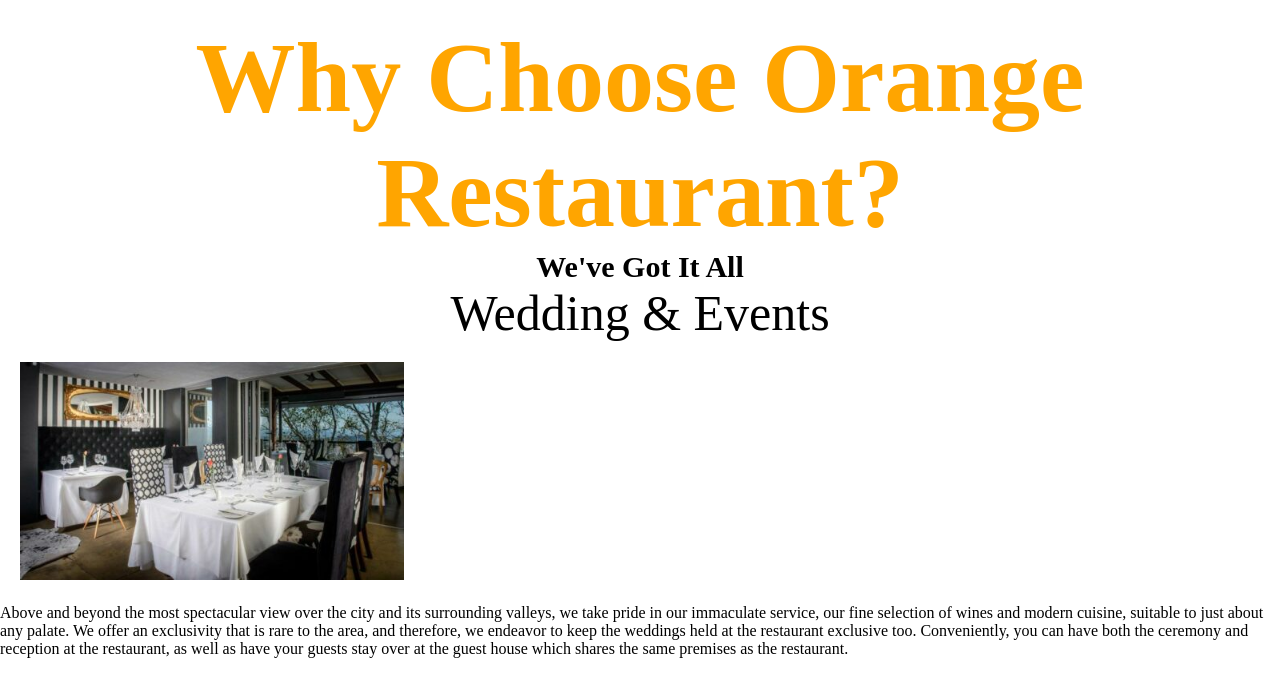
Repository: KaraboM20/KaraboUpdatedProjectOrang-Rest
Page: services.html
The author's editor kept a copy of each file at every save. The page is drawn from the files as they stood at one save, then again after the next save.
The browser window is 1280 px wide. The pictures show the whole page.

Above is the page before, as saved 2024-11-23 20:21:39.

### services.html
<!DOCTYPE html>
<html lang="en">
<head>
    <meta charset="UTF-8">
    <meta name="viewport" content="width=device-width, initial-scale=1.0">
    <link rel="stylesheet" href="./style.css">
    <title>Services Page</title>
</head>
<body>
    <div class="service-top">
        <h1 class="top-name">Why Choose Orange Restaurant?</h1>
        <h2 class="top-name2">We've Got It All</h2>
    </div>

    <div class="wedding">
        <div class="wed-heading">Wedding & Events</div>
        <div class="wed-info">
            <div class="wed-img">
                <img src="./assets/wedding and event.jpg" alt="">
            </div>
            <div class="wed-info2">
                Above and beyond the most spectacular view over the city and its surrounding valleys, we take pride in our immaculate service, our fine selection of wines and modern cuisine, suitable to just about any palate. We offer an exclusivity that is rare to the area, and therefore, we endeavor to keep the weddings held at the restaurant exclusive too. Conveniently, you can have both the ceremony and reception at the restaurant, as well as have your guests stay over at the guest house which shares the same premises as the restaurant.
            </div>
        </div>
    </div>
</body>
</html>

### style.css
* {
    margin: 0 ;
    padding:0 ;
    box-sizing: border-box;


}

.upper-section {
    background-image: url(./assets/food-image.jpg);
    background-size: cover;
    background-position: center;
    height: 80vh;
    width: 100vw;
    position: relative;

}



.overlay {
    z-index: 1;
    height: 100%;
    width: 100%;
    background: black;
    position: absolute;
    top: 0;
    opacity: 30%;
}

.navbar {
    display: flex;
    justify-content: space-between;
}

.nav-info ul {
    list-style: none;
    color: orange;
    display: flex;
    cursor: pointer;

}

.nav-info li {
    margin-right: 15px;
    font-size: 18px;
    font-weight: bold;
    text-decoration: none;
    color: orange;
}

.nav-info li:hover {
    color: blueviolet;
    background-color: aqua;
}

.logo-img {
    width: 80%;
    height: auto;
}



.banner-wrap {
    color: white;
    font-size: 70px;
    text-align: center;
    justify-content: center;

}

h1 {
    margin-top: 20px;
}

.icon {
    text-decoration:none;
    color: white;
    font-size: 35px;
    align-items: center;
    justify-content: center;

}

.material-icons {
    color: orange;
}

.check-availability {
    display: flex;
   background-color: orange;
   padding: 10px;
   border: none;
   font-size: 25px;
   align-items: center;
   width: 100vw;


}

.check-availability input {

    font-size: 25px;
    border: 1px solid black;
    border-radius: 10px;
    padding: 5px;
}

.category {
    display: grid;
    margin: 20px;
}

#category-select {
    font-size: 20px;
    border: 1px solid black;
    border-radius: 10px;
    padding: 9px;
}

.check-in {
    display: grid;
    margin: 10px;
    padding: 5px 10px;
}

.check-out {
    display: grid;
    margin: 10px;
    padding: 5px 10px;

}

.event-start {
    display: grid;
    margin: 10px;
    padding: 5px 10px;

}

.event-end {
    display: grid;
    margin: 10px;
    padding: 5px 10px;

}

button  {
    color: orange;
    background-color: black;
    border-radius: 20px;
    font-size: 20px;
    margin-bottom: 0;
    padding: 5px 10px;
    text-align: center;


}

.welcome {
    text-align: center;

}

.welcome-info {
    color: orange;
    font-size: 90px;
    margin-top: 50px;
}

.welcome-info-two {
    font-size: 35px;
    align-items: center;
    justify-content: center;
    margin-top: 40px;
    margin-bottom: 40px;
}

.food-images {
    display: flex;
    align-items: center;


}

img {
    margin: 20px;
    width: 30%;
    height: auto;
}

.two-buttons {
    margin-top: 20px;
    margin-bottom: 30px;
    text-align: center;

}

.button1 {
    color: white;
    background-color: orange;
    border: none;
    font-size: 20px;
    padding: 10px 15px;
}

.button2 {
    color: white;
    background-color: orange;
    margin-left: 20px;
    border: none;
    font-size: 20px;
    padding: 10px 15px;
}

.button3 {
    color: white;
    background-color: orange;
    margin-left: 20px;
    border: none;
    font-size: 20px;
    padding: 10px 15px;
}

p {
    text-align: center;
    font-size: 20px;
    margin-left: 100px;
    margin-right: 100px;
    padding-left: 100px;
    padding-right: 100px;
}

.paragraph {
    margin-bottom: 30px;
}

.testimony {
    background-image: url(./assets/Food-image3.jpg);
    color: white;
    background-size: cover;
    background-position: center;
    height: 100vh;
    width: 100vw;
    position: relative;

}

.overlay2 {
    z-index: 1;
    height: 100%;
    width: 100%;
    background: black;
    position: absolute;
    top: 0;
    opacity: 20%;
}

.testimony-header {
    color: orange;
    font-size: 90px;
    margin-top: 50px;
    text-align: center;
}

.sub-heading {
    font-size: 35px;
    color: black;
    text-align: center;
    margin-top: 40px;
    margin-bottom: 40px;

}

.star-icons {
    color: orange;
    text-align: center;
    margin: 20px;


}

.top-logo {
    text-align: center;
}

.top-name {
    color: orange;
    font-size: 100px;
}

.top-name2 {
    font-size: 30px;
}

.paragraph2 {
    margin-top: 60px;
    margin-bottom: 60px;
}

.service-top {
    text-align: center;
}

.wed-heading {
    text-align: center;
    font-size: 50px;
}

After the next save:
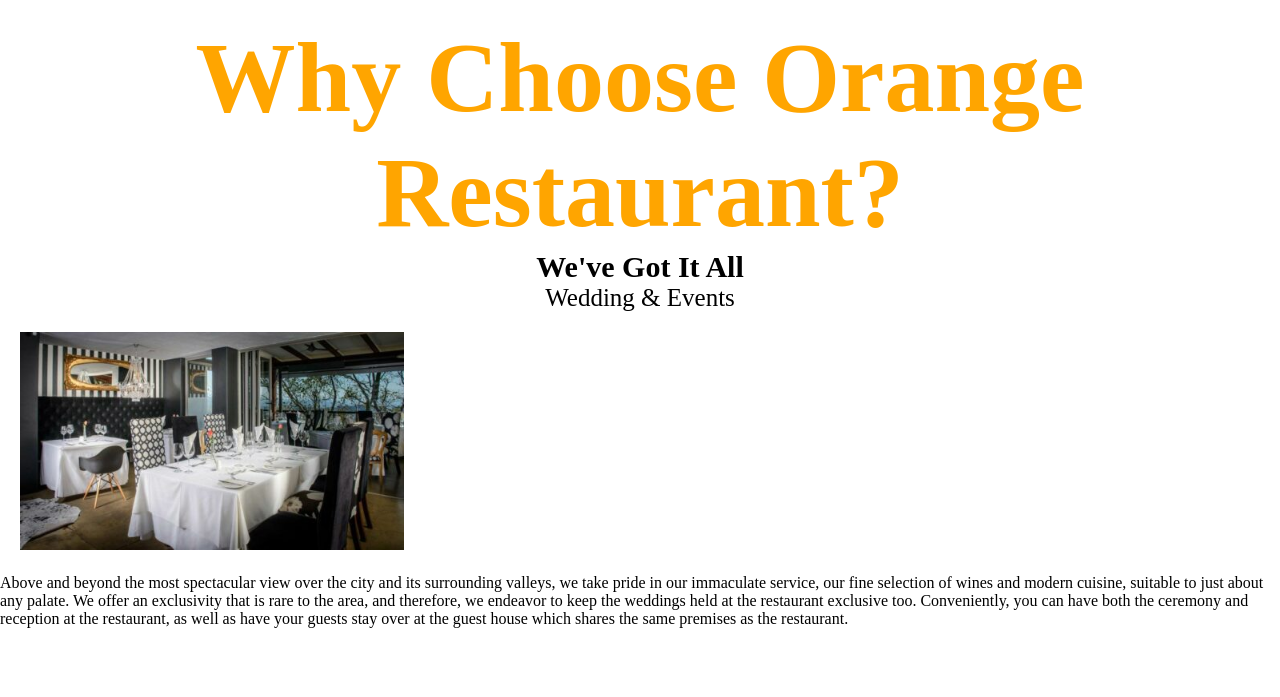
Saved 9 s later.
--- a/style.css
+++ b/style.css
@@ -304,5 +304,5 @@
 
 .wed-heading {
     text-align: center;
-    font-size: 50px;
-}
+    font-size: 25px;
+}
